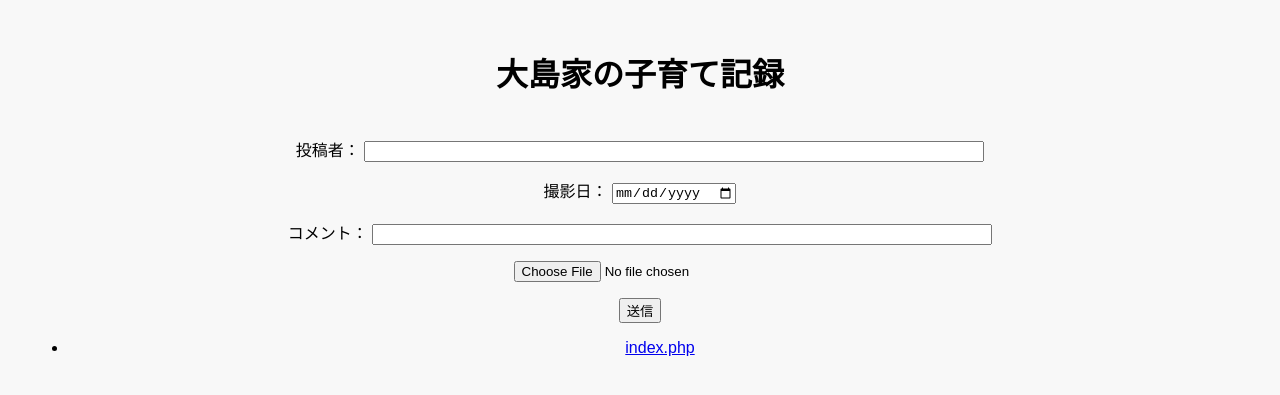
Repository: daidai0602/gs_kadai_questionnaire
Page: http://localhost/post.php
An editor plug-in stored every save of this project. The page is shown before and after the next save, followed by the edit.
The browser window is 1280 px wide. The pictures show the whole page.
The page is run by PHP 8.4 with error messages shown; the project is at /var/www/html/.

Above is the page before, as saved 2023-11-15 22:38:52.

### post.php
<!DOCTYPE html>
<html lang="ja">
<head>
  <meta charset="UTF-8">
  <title>Document</title>
  <style>
    body {
      font-family: Arial, Helvetica, sans-serif;
      background-color: #f8f8f8;;
      padding: 20px;
      text-align: center;
    }
    h1 {
      padding-bottom: 20px;
    }
    input[type="text"]{
      width: 50%;
    }

  </style>
</head>
<body>
  <h1>大島家の子育て記録</h1>
  <form action="write.php" method="post" enctype="multipart/form-data">
    <p>投稿者： <input type="text" name="name" size="15"></p>
    <p>撮影日： <input type="date" name="date"></p>
    <p>コメント： <input type="text" name="comment" size="20" ></p>
    <p><input type="file" name="upload_image"accept=".jpg,.jpeg,.png" required></p>
    <p><input type="submit" class="btn_submit" value="送信"></p>
  </form>
  <ul>
    <li><a href="index.php">index.php</a></li>
  </ul>
</body>
</html>

After the next save:
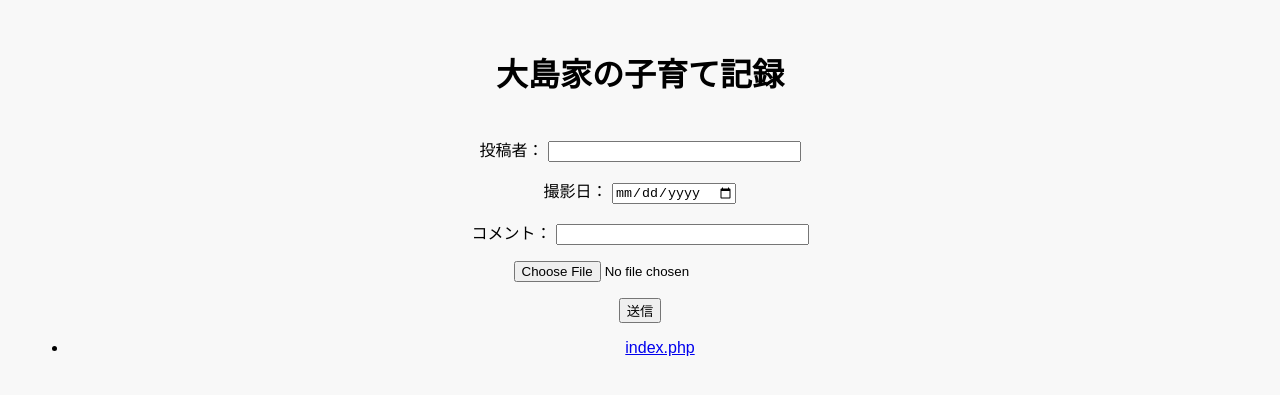
Saved 13 s later.
--- a/post.php
+++ b/post.php
@@ -14,7 +14,7 @@
       padding-bottom: 20px;
     }
     input[type="text"]{
-      width: 50%;
+      width: 20%;
     }
 
   </style>
